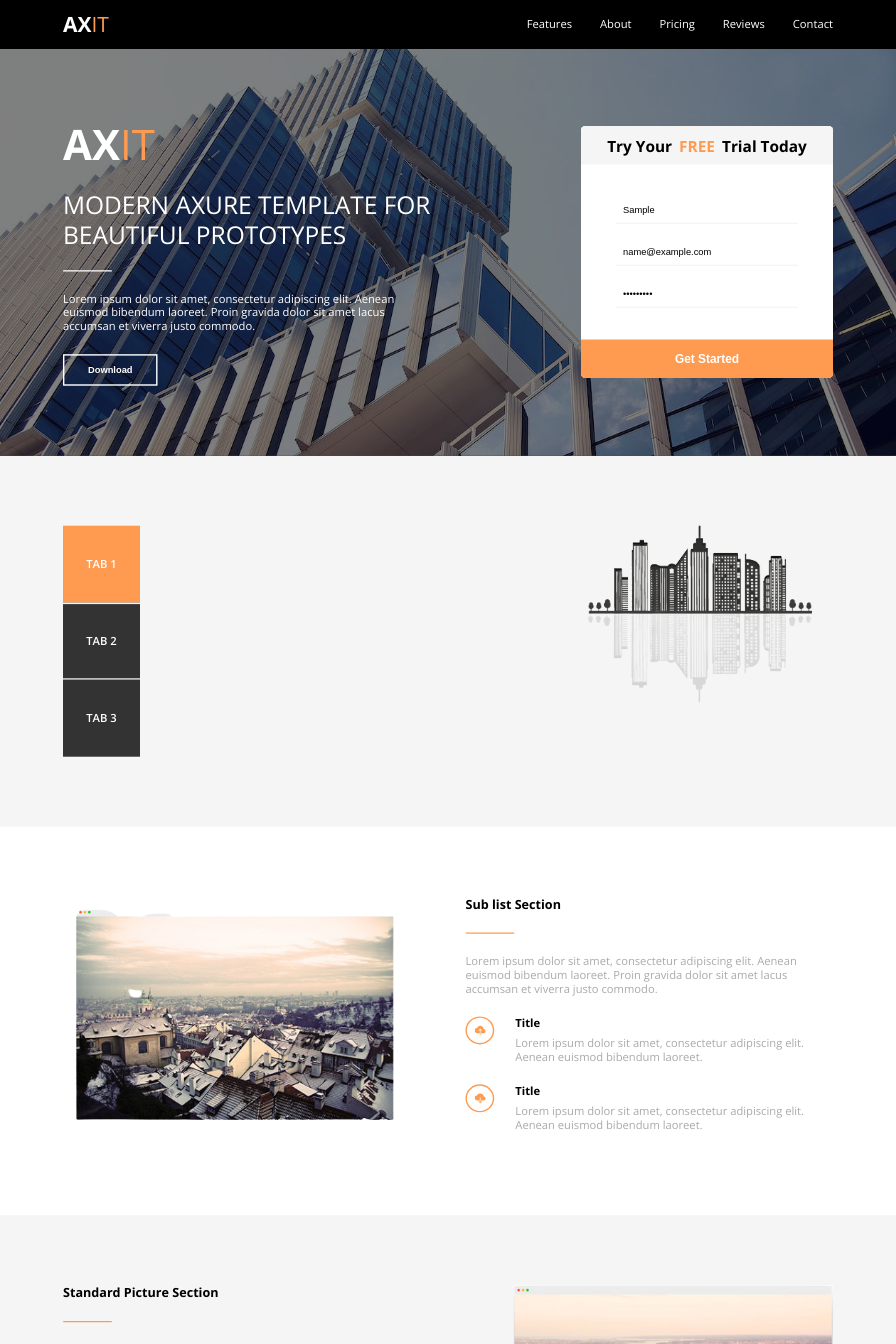
Repository: dinhtri123/axureThems
Page: index.html
An editor plug-in stored every save of this project. The page is shown before and after a run of saves, followed by the edit.
The browser window is 1280 px wide. The pictures show the part of the page from y = 0 to 1920 px (the page is 3894 px tall), at 70% of full size.
Empty fields were first filled with sample values (such as "Sample", 5 or name@example.com).
After loading, the first visible `span.tabs` was clicked once.

Above is the page before, as saved 2023-02-11 17:38:25.
Console error: TypeError: Cannot read properties of undefined (reading 'style')

After the next 6 saves:
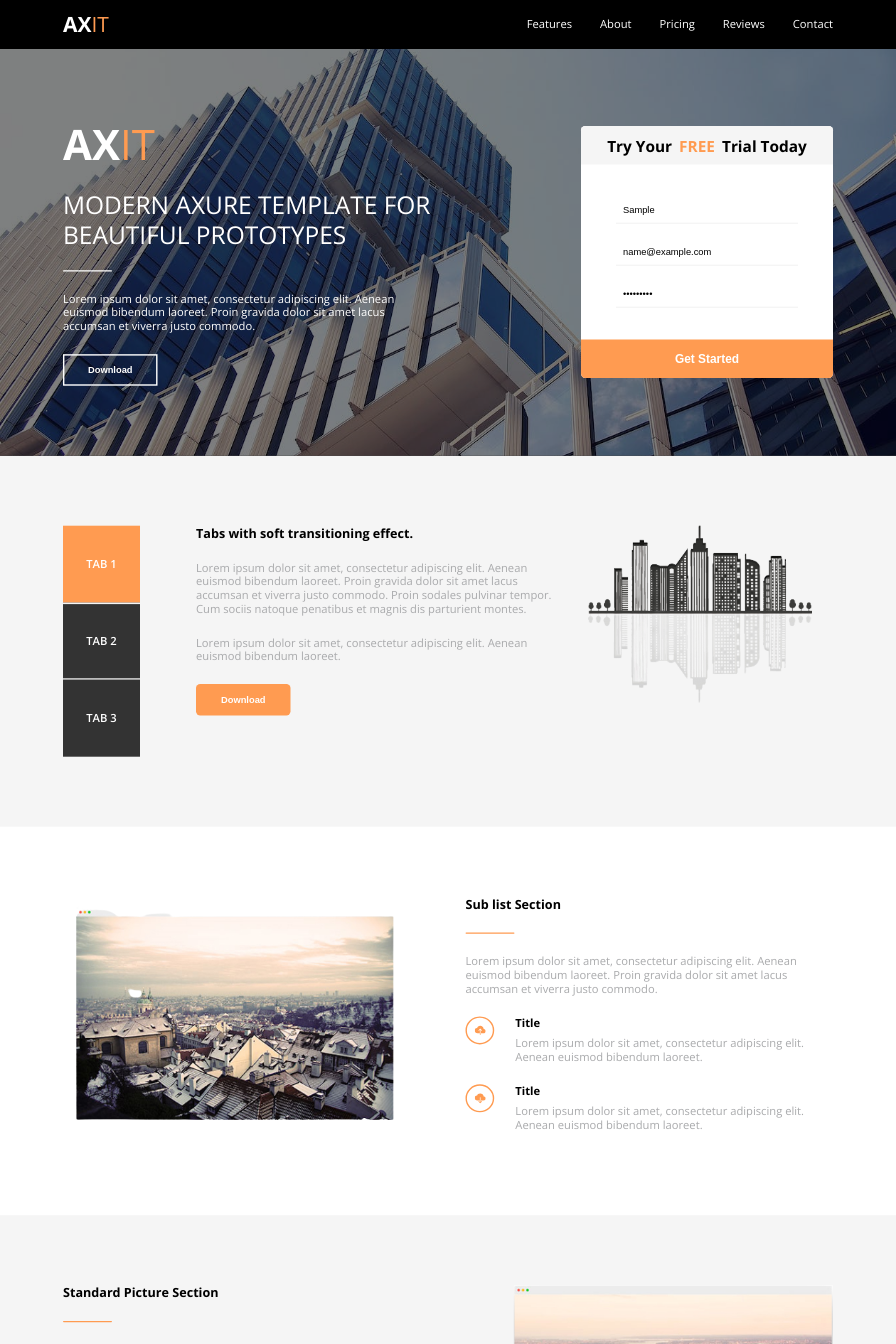
Console error: SyntaxError: Identifier 'tabsContent' has already been declared
The 6 saves are shown as one change because they came seconds apart.
The last was saved 16 s later.
--- a/index.js
+++ b/index.js
@@ -14,8 +14,7 @@
 //   e.currentTarget.className += " active";
 // }
 
-function showTab(tab) {
-    console.log(tab)
+function showTab(tabsContent) {
   const tabs = document.querySelectorAll(".tabs");
   const tabsContent = document.querySelectorAll(".tabsContent");
   for (let i = 0; tabsContent.length; i++) {
@@ -24,6 +23,6 @@
   for (let i = 0; i < tabs.length; i++) {
     tabs[i].className = tabs[i].className.replace("active", " ");
   }
-  document.getElementById(cityName).style.display = "block";
+  document.getElementById(tabsContent).style.display = "block";
   //   e.currentTarget.className += " active";
 }

After the 4 saves that followed:
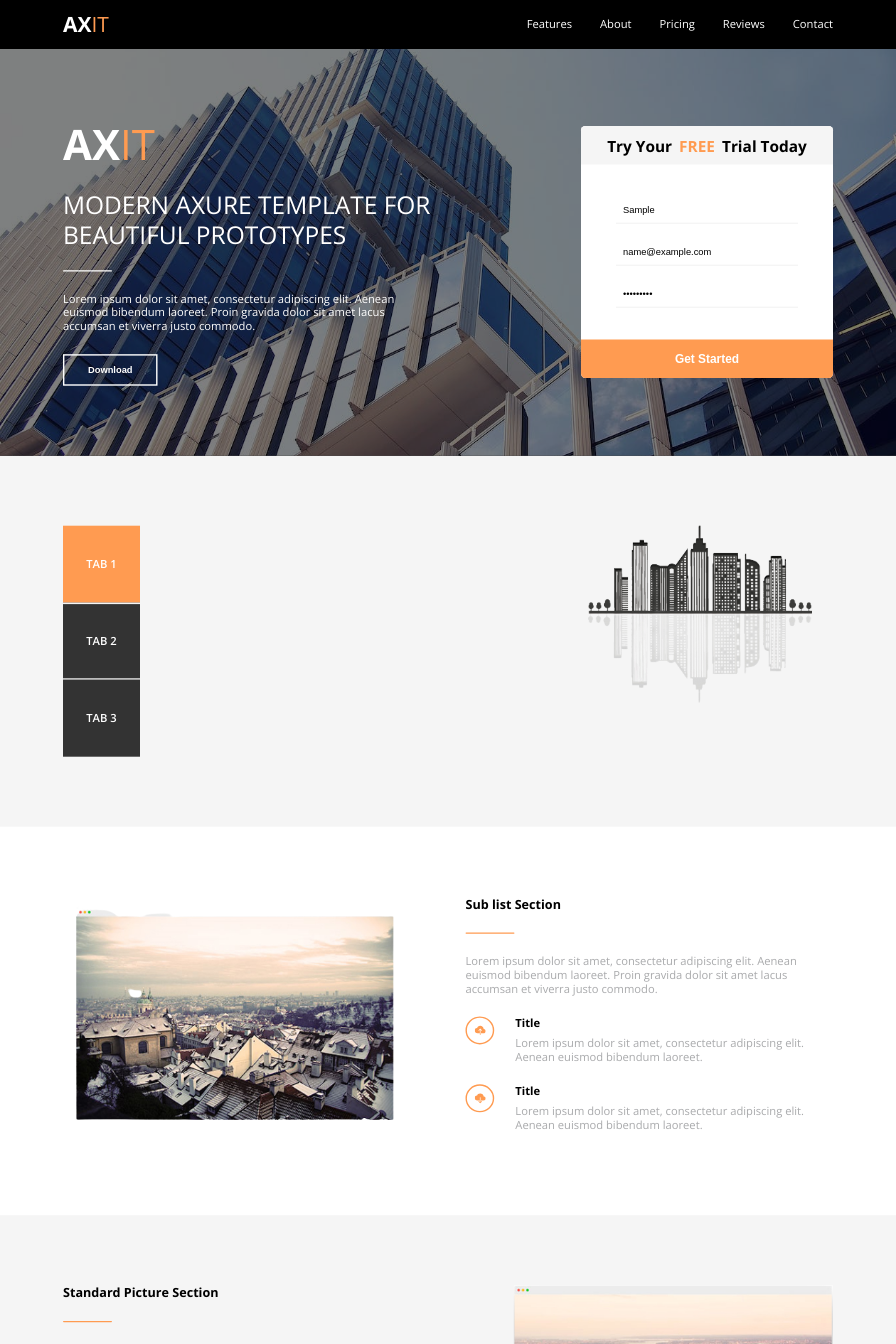
Console error: TypeError: Cannot read properties of undefined (reading 'style')
The 4 saves are shown as one change because 1 left the picture as it was and some came seconds apart.
The last was saved 27 s later.
--- a/index.js
+++ b/index.js
@@ -14,7 +14,7 @@
 //   e.currentTarget.className += " active";
 // }
 
-function showTab(tabsContent) {
+function showTab(content) {
   const tabs = document.querySelectorAll(".tabs");
   const tabsContent = document.querySelectorAll(".tabsContent");
   for (let i = 0; tabsContent.length; i++) {
@@ -23,6 +23,6 @@
   for (let i = 0; i < tabs.length; i++) {
     tabs[i].className = tabs[i].className.replace("active", " ");
   }
-  document.getElementById(tabsContent).style.display = "block";
+  document.getElementById(content).style.display = "flex";
   //   e.currentTarget.className += " active";
 }
